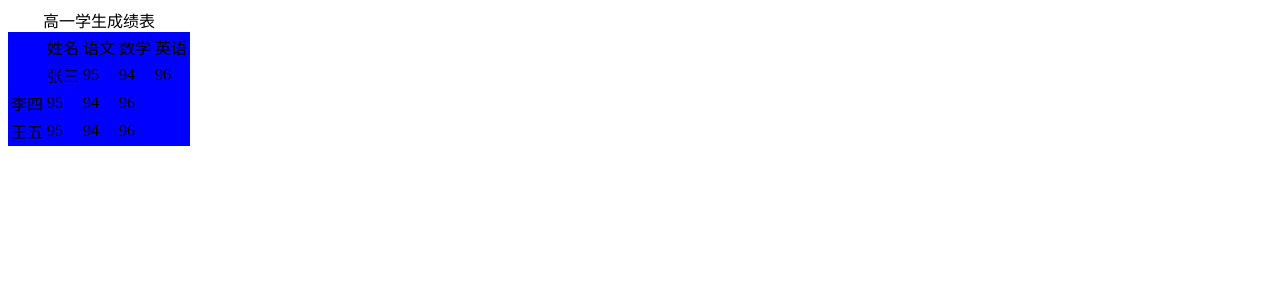
Repository: sheep9590/Test
Page: eclipse-workspace/Prj03/WebRoot/File1.html
An editor plug-in stored every save of this project. The page is shown before and after the next save, followed by the edit.
The browser window is 1280 px wide. The pictures show the whole page.

Above is the page before, as saved 2021-09-08 13:47:02.

After the next save:
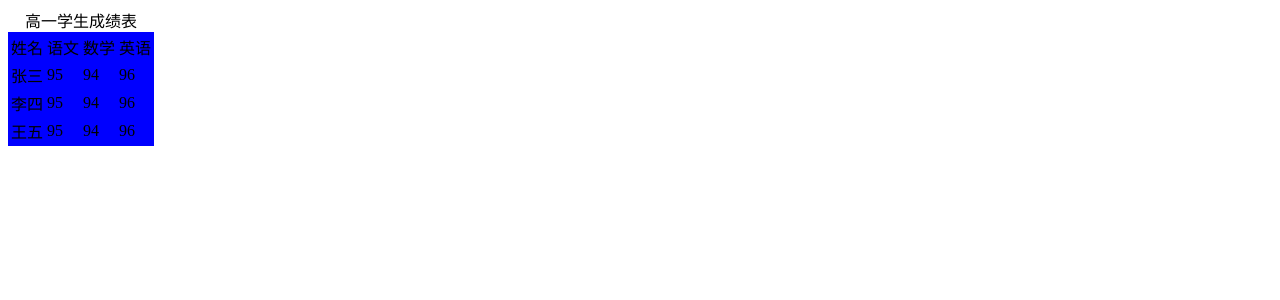
Saved 57 s later.
--- a/eclipse-workspace/Prj03/WebRoot/File1.html
+++ b/eclipse-workspace/Prj03/WebRoot/File1.html
@@ -4,7 +4,6 @@
 <table bgcolor="#0000FF" >
       <caption>高一学生成绩表</caption>
     <tr>
-    <td rowspan="2"></td>
     <td>姓名</td>
     <td>语文</td>
     <td>数学</td>
